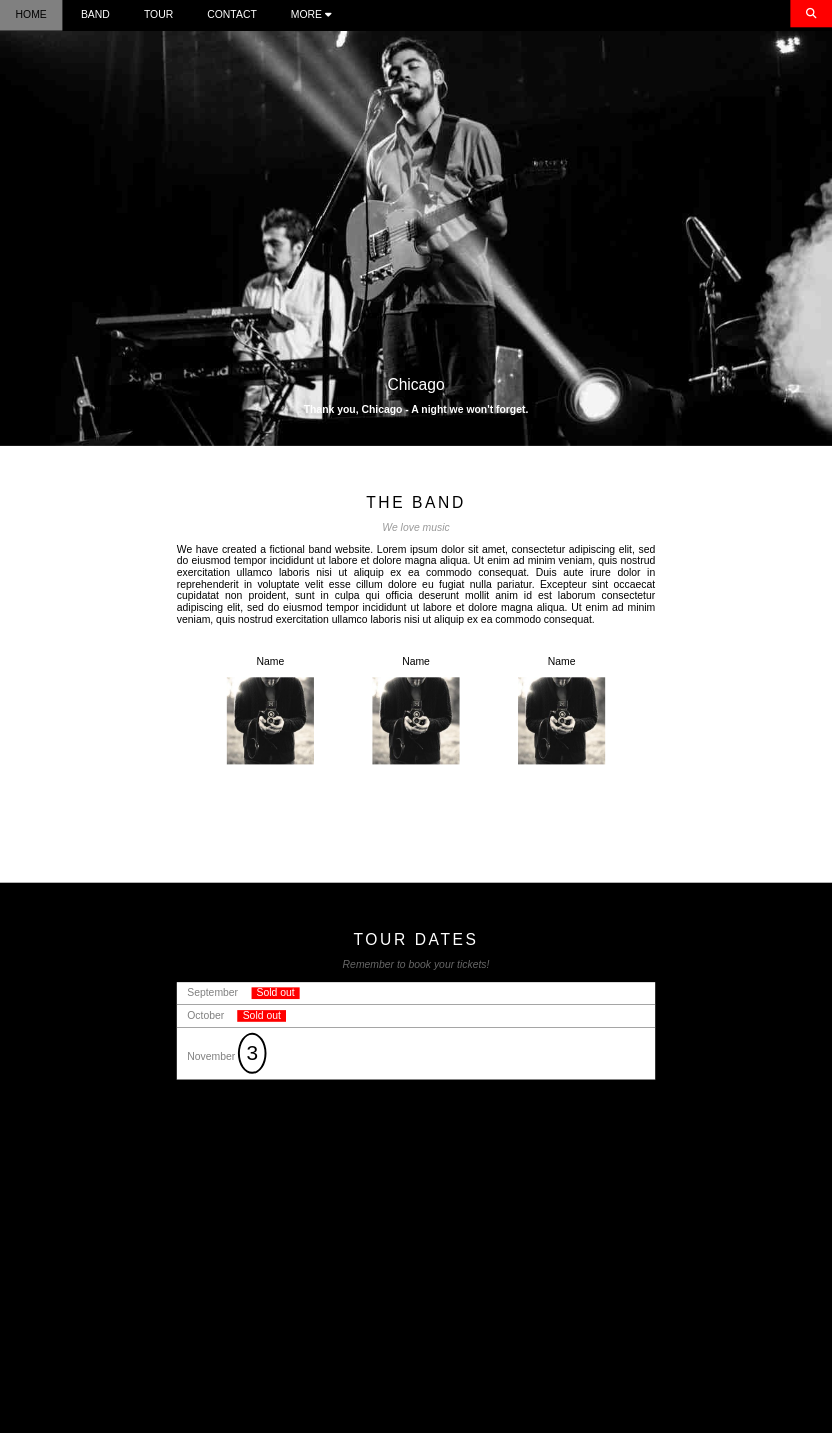
Repository: ngotranphuongbao/theband
Page: index.html
These files come from the project's save history. The page is drawn as it stood at one moment and after the next save; the edit follows.
The browser window is 1280 px wide. The pictures show the whole page, at 65% of full size.
Some web libraries are served in a nearby version.

Above is the page before, as saved 2022-12-21 22:55:55.

### index.html
<!DOCTYPE html>
<html lang="en">
<head>
    <meta charset="UTF-8">
    <meta http-equiv="X-UA-Compatible" content="IE=edge">
    <meta name="viewport" content="width=device-width, initial-scale=1.0">
    <title>Document</title>
    <link rel="stylesheet" href="./assets/css/style.css">
    <script src="https://kit.fontawesome.com/55a0c61423.js" crossorigin="anonymous"></script>
    <link rel="stylesheet" href="./assets/themify-icons/themify-icons.css">
</head>
<body>
    <div id="main">
        <div id="header">
            <ul id="nav">
                <li><a href="">Home</a></li>
                <li><a href="">Band</a></li>
                <li><a href="">Tour</a></li>
                <li><a href="">Contact</a></li>
                <li>
                    <a href="">
                        More
                        <i class="fa fa-caret-down"></i>
                    </a>
                    <ul id="subnav">
                        <li><a href="">Merchandise</a></li>
                        <li><a href="">Extras</a></li>
                        <li><a href="">Media</a></li>
                    </ul>
                </li>
            </ul>
            <div id="search">
                <i class="fa fa-search"></i>
            </div>
        </div>

        <div id="slider">
            <div id="slider-caption">
                <h3>Chicago</h3>
                <p><b>Thank you, Chicago - A night we won't forget.</b></p>
            </div>

        </div>

        <div id="content">
            <div id="the-band">
                <div id="the-band-main">
                    <h2 class="content-title">The Band</h2>
                    <p class="content-subtitle">We love music</p>
                    <p id="describe">We have created a fictional band website. Lorem ipsum dolor sit amet, consectetur adipiscing elit, sed do eiusmod tempor incididunt ut labore et dolore magna aliqua. Ut enim ad minim veniam, quis nostrud exercitation ullamco laboris nisi ut aliquip ex ea commodo consequat. Duis aute irure dolor in reprehenderit in voluptate velit esse cillum dolore eu fugiat nulla pariatur. Excepteur sint occaecat cupidatat non proident, sunt in culpa qui officia deserunt mollit anim id est laborum consectetur adipiscing elit, sed do eiusmod tempor incididunt ut labore et dolore magna aliqua. Ut enim ad minim veniam, quis nostrud exercitation ullamco laboris nisi ut aliquip ex ea commodo consequat.</p>
                    <div id="member">
                        <div class="member-info">
                            <p class="member-name">Name</p>
                            <img src="/assets/image/member/bandmember.jpg" alt="" class="member-photo">
                        </div>

                        <div class="member-info">
                            <p class="member-name">Name</p>
                            <img src="/assets/image/member/bandmember.jpg" alt="" class="member-photo">
                        </div>

                        <div class="member-info">
                            <p class="member-name">Name</p>
                            <img src="/assets/image/member/bandmember.jpg" alt="" class="member-photo">
                        </div>
                    </div>
                </div>
            </div>

            <div id="tour-dates">
                <div id="tour-dates-main">
                    <h2 class="content-title">Tour dates</h2>
                    <p class="content-subtitle">Remember to book your tickets!</p>
                    <ul id="booking">
                        <li>
                            September
                            <div class="sold-out">Sold out</div>
                        </li>
                        <li>
                            October
                            <div class="sold-out">Sold out</div>
                        </li>
                        <li>
                            November
                            <div class="circle">3</div>
                        </li>
                    </ul>
                </div>


            </div>

            <div id="contact">



            </div>

            <div id="picture">

            </div>

        </div>

        <div id="footer">

        </div>
    </div>

</body>
</html>

### assets/css/style.css
* {
    padding: 0px;
    margin: 0px;
    box-sizing: border-box;
}

html {
    font-family: Arial, Helvetica, sans-serif;
}

#main {

}

#header {
    height: 46.5px;
    background-color: black;
    position: fixed;
    top: 0px;
    left: 0px;
    right: 0px;
    z-index: 1;
}

#nav {
    display: inline-block;
}
#nav > li {
    display: inline-block;
    padding: 12px 24px;
    position: relative;
}

#nav > li > a {
    line-height: 22.5px;
    text-decoration: none;
    text-transform: uppercase;
    color: white;
}

#nav > li:hover {
    background-color: grey;
}

#nav > li:hover > a {
    color: black;
}

#subnav {
    display: none;
    position: absolute;
    top: 45px;
    left: 0px;
    box-shadow: 0px 0px 10px rgba(0, 0, 0, 0.3);
    background-color: white;
}

#subnav > li {
    display: block;
    width: 160px;
    height: 38.5px;
    padding: 8px 16px;
}

#subnav > li:hover {
    background-color: grey;
}

#nav > li:hover > #subnav {
    display: block;
}

#subnav > li > a {
    text-decoration: none;
    color: black;
}

.fa-caret-down {
    width: 8.575px;
    height: 15px;
}

#search {
    float: right;
    padding: 12px 24px;
    background-color: red;
    cursor: pointer;
}

.fa-search {
    line-height: 22.5px;
    color: white;
}
#slider {
    margin-top: 45.6px;
    padding-top: 50%;
    background: url(/assets/image/slider/chicago.jpg) top center / cover no-repeat;
    position: relative;
}

#slider-caption {
    position: absolute;
    bottom: 32px;
    width: 100%;
    text-align: center;
}

#slider-caption > p {
    margin: 15px;
    color: white;
}

#slider-caption > h3 {
    margin-bottom: 10px;
    color: white;
    font-weight: 400;
    font-size: 24px;
}


#content {

}

#the-band {
    height: 672px;
}

#the-band-main {
    width: 768px;
    height: 100%;
    padding: 64px 16px;
    margin: auto;
}

.content-title {
    text-align: center;
    margin: 10px;
    text-transform: uppercase;
    letter-spacing: 4px;
    font-weight: 400;
}

.content-subtitle {
    text-align: center;
    margin: 15px;
    font-style: italic;
    opacity: 0.4;
}

#describe {
    text-align: justify;
    margin-bottom: 15px;

}

#member {
    height: 286px;
    text-align: center;
    margin: 32px;
}

.member-info {
    display: inline-block;
    width: calc(100%/3);
    float: left;
}

.member-photo {
    width: 60%;
    margin-bottom: 16px;
}

.member-name {
    margin: 15px;
}

#tour-dates {
    height: 846px;
    background-color: black;
}

#tour-dates-main {
    width: 768px;
    height: 100%;
    color: white;
    margin: auto;
    padding: 64px 16px;
}

#booking {
    margin-top: 18.4px;
    background-color: white;

}

#booking > li {
    display: block;
    color: grey;
    padding: 8px 16px;
    border-bottom: 1px solid #757575;
}

.sold-out {
    margin-left: 16px;
    padding: 0px 8px;
    background-color: red;
    display: inline-block;
    color: white;
}

.circle {
    display: inline-block;
    border-radius: 50%;
    padding: 10px;
    background: #fff;
    border: 3px solid #000;
    color: #000;
    text-align: center;
    font: 32px Arial, sans-serif;
}
#footer {

}

Loaded but not shown: assets/themify-icons/themify-icons.css (common file)

After the next save:
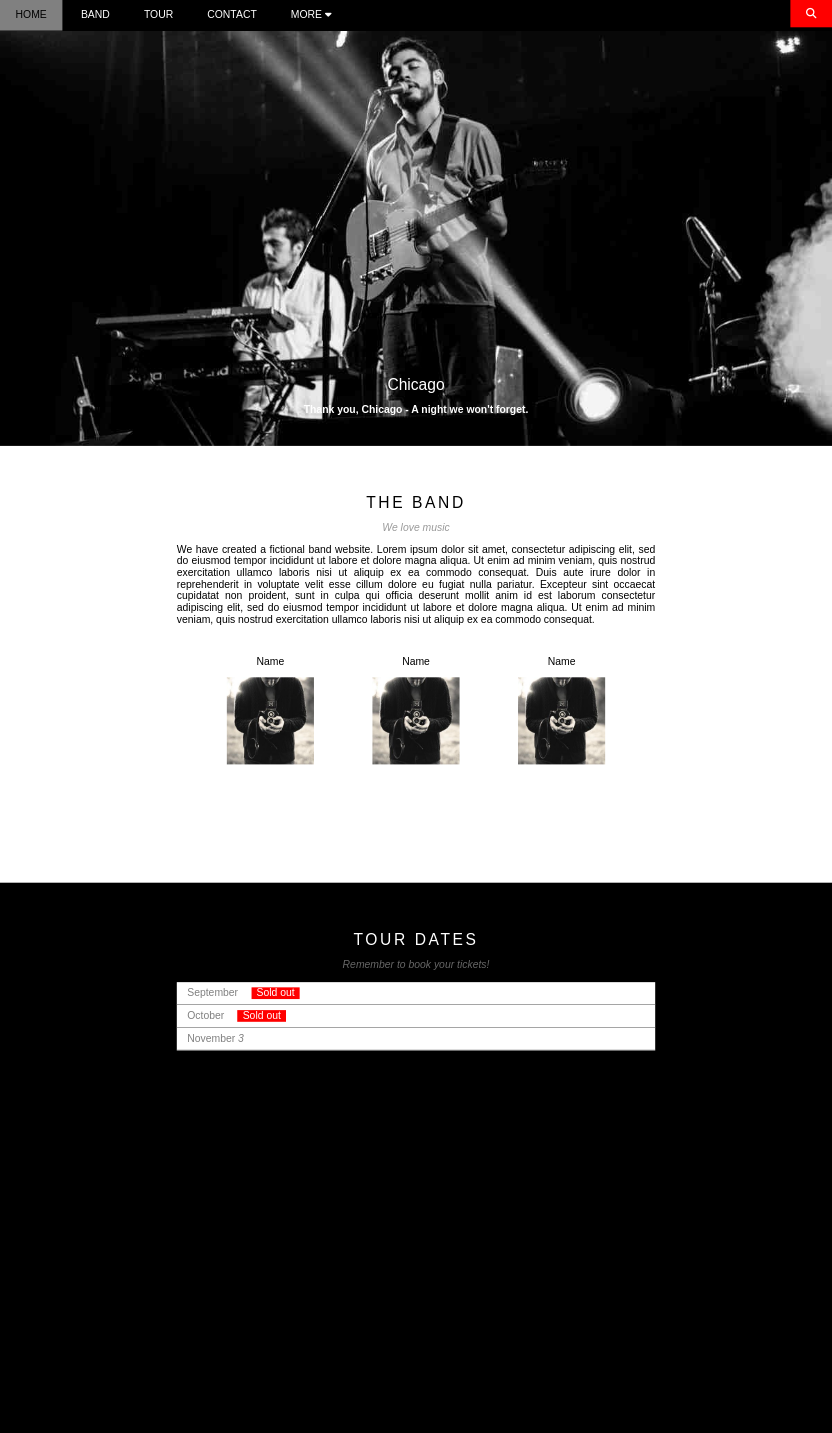
Saved 63 s later.
--- a/index.html
+++ b/index.html
@@ -82,7 +82,7 @@
                         </li>
                         <li>
                             November
-                            <div class="circle">3</div>
+                            <i class="w3-badge w3-right w3-margin-right">3</i>
                         </li>
                     </ul>
                 </div>
